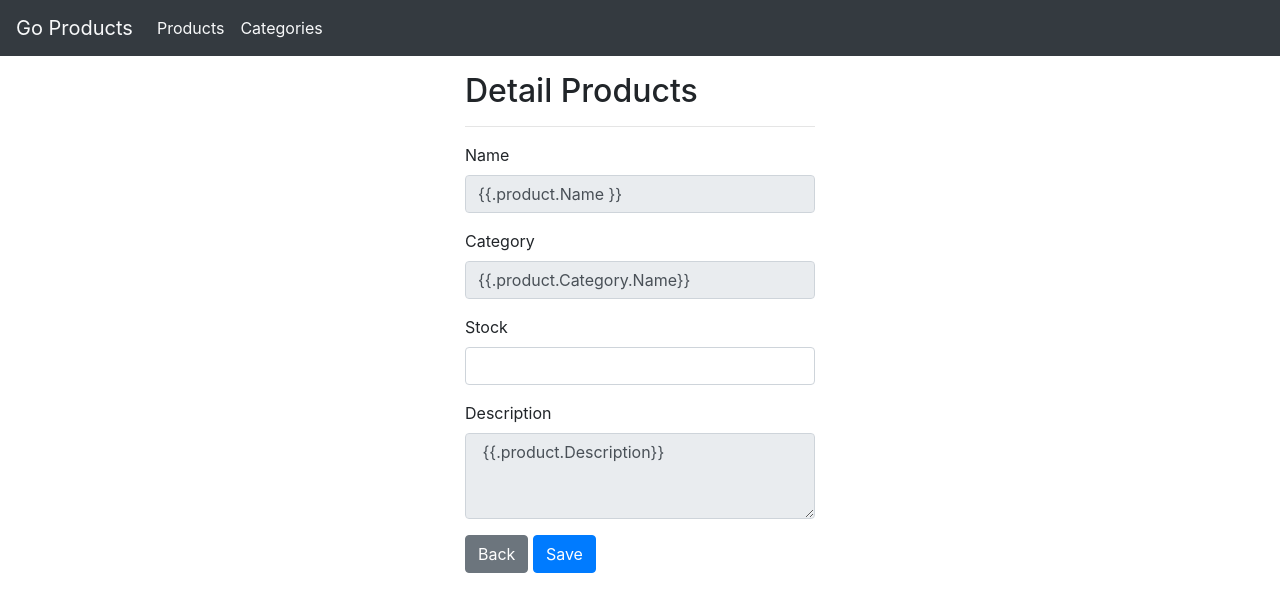
Repository: Nouthemoran/go-web-native-crud
Page: views/product/detail.html
An editor plug-in stored every save of this project. The page is shown before and after the next save, followed by the edit.
The browser window is 1280 px wide. The pictures show the whole page.

Above is the page before, as saved 2023-10-11 11:42:02.

After the next save:
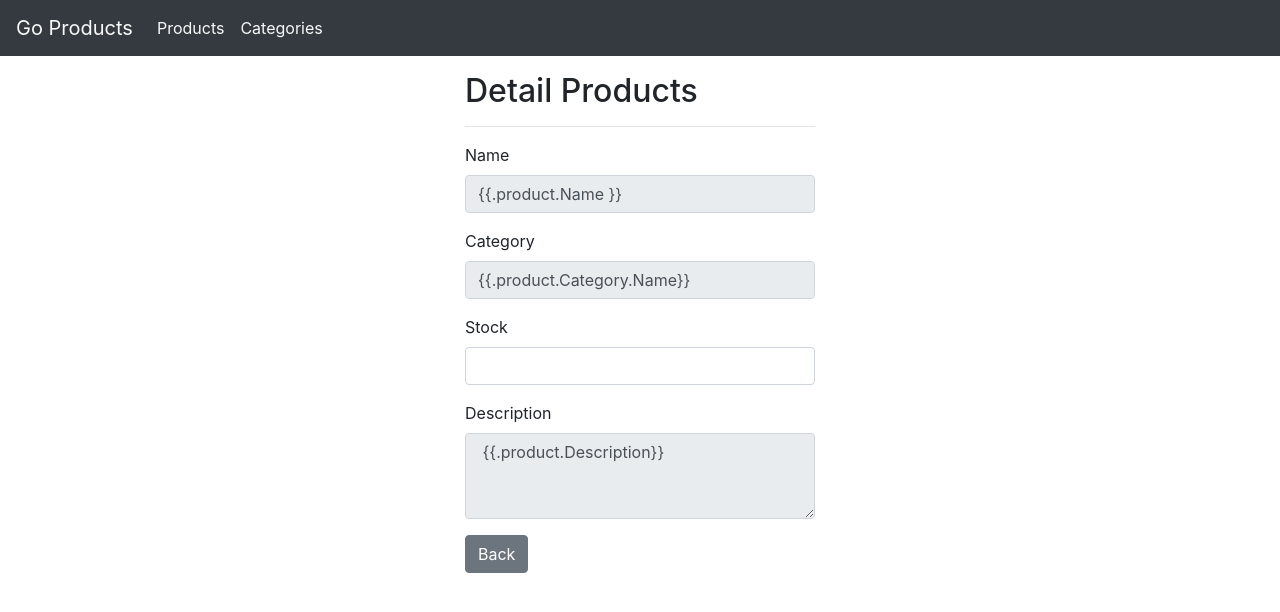
Saved 11 s later.
--- a/views/product/detail.html
+++ b/views/product/detail.html
@@ -54,7 +54,6 @@
                       </div>
                       <div class="float-end">
                         <a href="/products" class="btn btn-secondary">Back</a>
-                        <button class="btn btn-primary">Save</button>
                       </div>
                 </form>
             </div>
